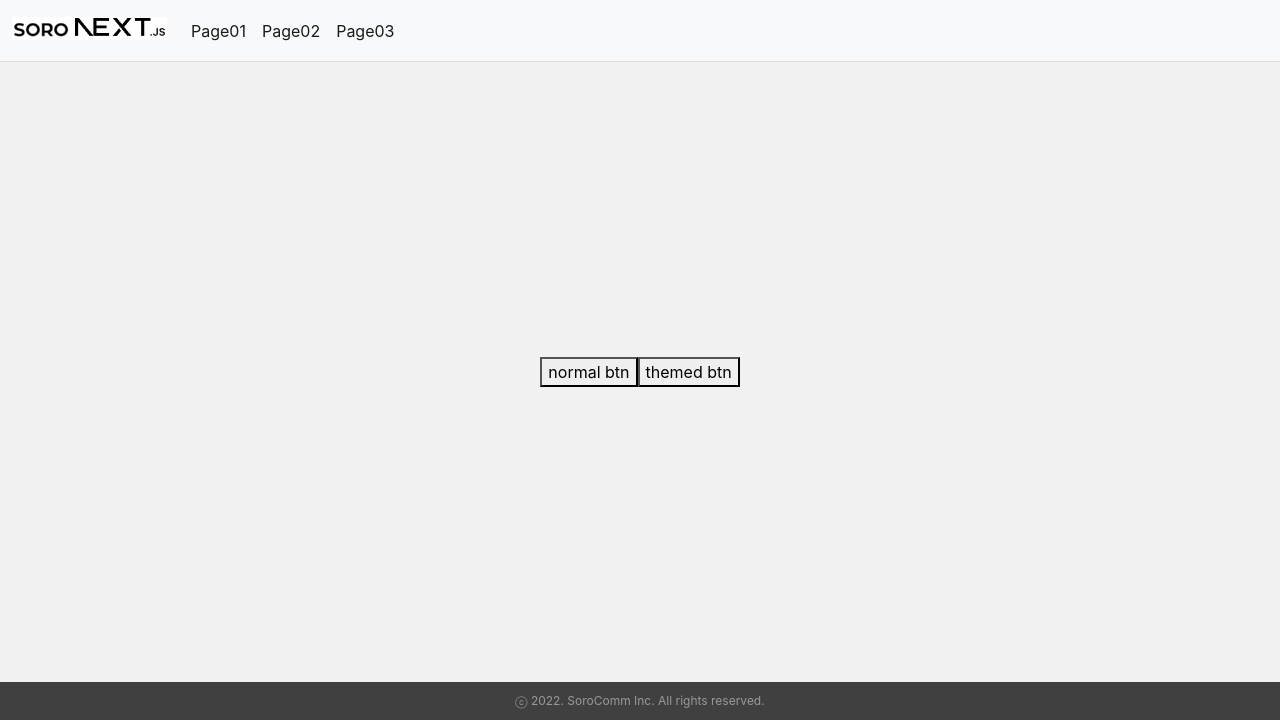
Repository: mooky1007/soro_nextJS_test
Page: /Test (app in soro_next_test/)
An editor plug-in stored every save of this project. The page is shown before and after a run of saves, followed by the edit.
The browser window is 1280 px wide. The pictures show the whole page.
Some web fonts or font styles are not loaded; a fallback is used. The project was rebuilt for these pictures with package versions that can differ from the ones it lists, and the page was loaded fresh each time. The framework's server and built-in components were replaced by stand-ins that run in the browser. Also part of the build but not shown: soro_next_test/next.config.js.

Above is the page before, as saved 2022-09-27 17:02:23.

After the next 2 saves:
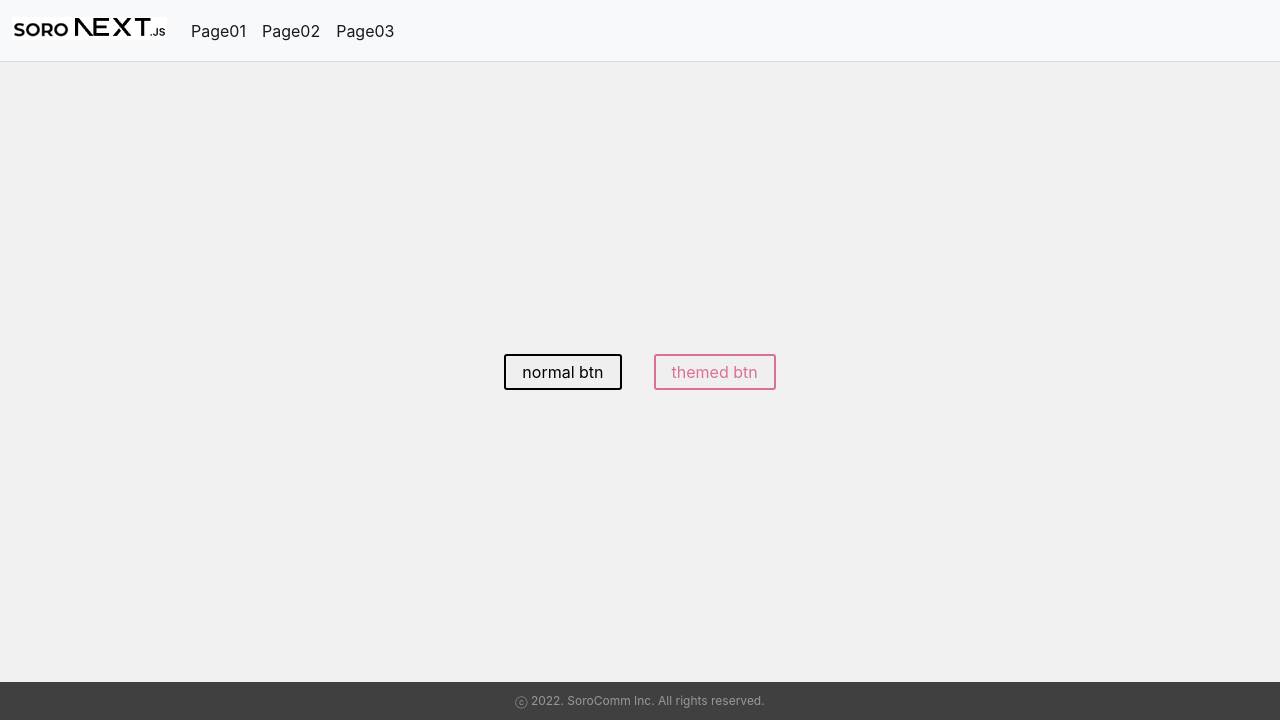
The 2 saves are shown as one change because 1 did not build or start.
The last was saved 49 s later.
--- a/soro_next_test/pages/Test/index.js
+++ b/soro_next_test/pages/Test/index.js
@@ -1,6 +1,16 @@
 import { Button } from 'bootstrap';
 import React from 'react';
 import styled, { ThemeProvider } from 'styled-components';
+
+const Buttons = styled.button`
+  font-size: 1em;
+  margin: 1em;
+  padding: 0.25em 1em;
+  border-radius: 3px;
+
+  color: ${(props) => props.theme.main};
+  border: 2px solid ${(props) => props.theme.main};
+`;
 
 const theme = {
     main: "palevioletred",
@@ -11,9 +21,9 @@ const Test = (props) => {
     return(
 
         <div>
-            <button>normal btn</button>
+            <Buttons>normal btn</Buttons>
            <ThemeProvider theme={theme}>
-                <button>themed btn</button>
+                <Buttons>themed btn</Buttons>
             </ThemeProvider>
         </div>
 
